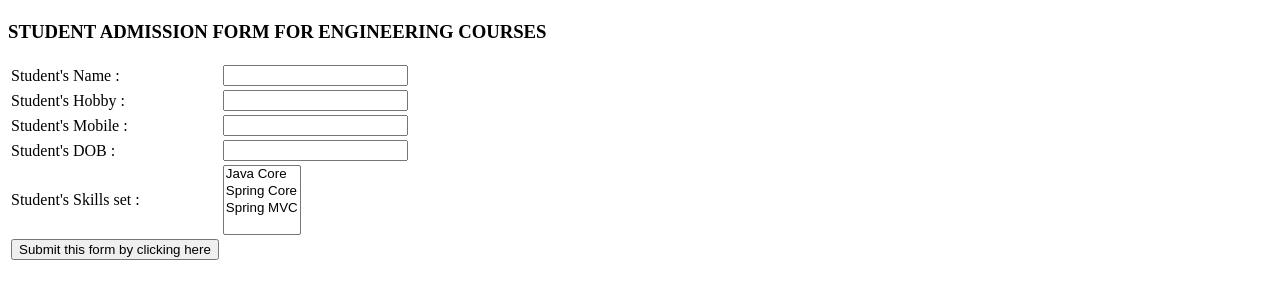
Repository: anujsachan89/Spring-MVC
Page: http://localhost/SpringMVC10/WEB-INF/jsp/AdmissionForm.jsp
The author's editor kept a copy of each file at every save. The page is drawn from the files as they stood at one save, then again after the next save.
The browser window is 1280 px wide. The pictures show the whole page.
The page is served by Tomcat 9. Nobody is signed in. The template is opened directly, without the code that normally fills it, so the values that code supplies are empty.

Above is the page before, as saved 2017-02-04 10:01:16.

After the next save:
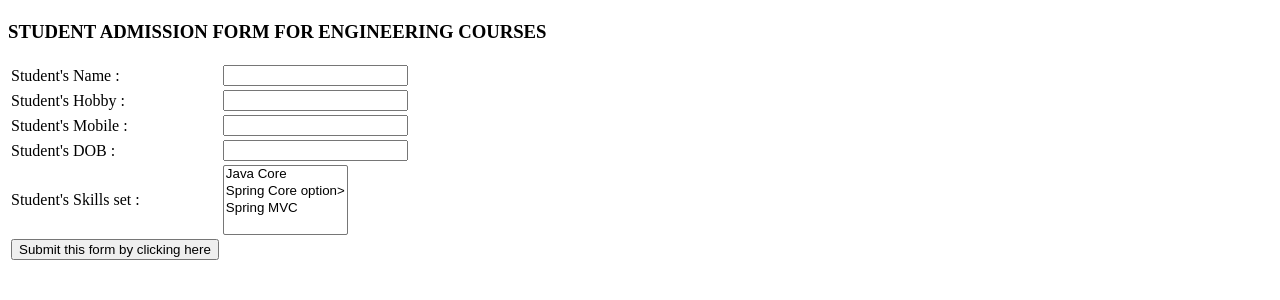
Saved 2 min 30 s later.
--- a/Spring-MVC workspace/SpringMVC10/src/main/webapp/WEB-INF/jsp/AdmissionForm.jsp
+++ b/Spring-MVC workspace/SpringMVC10/src/main/webapp/WEB-INF/jsp/AdmissionForm.jsp
@@ -30,10 +30,10 @@
 		</tr>
 		<tr>
 			<td>Student's Skills set :</td><td>    <select name="studentSkills" multiple>
-													<option value="Java Core">Java Core</option>
-													<option value="Spring Core">Spring Core</option>
-													<option value="Spring MVC">Spring MVC</option>
-													</select><td>
+			option>										<option value="Java Core">Java Core</
+				Core</option>							<option value="Spring Core">Spring Core
+					option>								<option value="Spring MVC">Spring MVC</
+														</select><td>
 		</tr>
 
 		<tr><td><input type="submit" value="Submit this form by clicking here" /></td></tr>

After the save that followed:
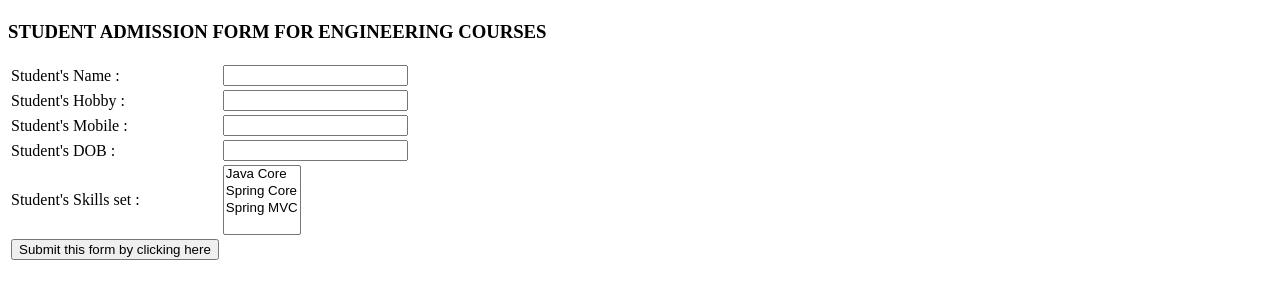
Saved 76 s later.
--- a/Spring-MVC workspace/SpringMVC10/src/main/webapp/WEB-INF/jsp/AdmissionForm.jsp
+++ b/Spring-MVC workspace/SpringMVC10/src/main/webapp/WEB-INF/jsp/AdmissionForm.jsp
@@ -30,9 +30,9 @@
 		</tr>
 		<tr>
 			<td>Student's Skills set :</td><td>    <select name="studentSkills" multiple>
-			option>										<option value="Java Core">Java Core</
-				Core</option>							<option value="Spring Core">Spring Core
-					option>								<option value="Spring MVC">Spring MVC</
+													<option value="Java Core">Java Core</option>
+													<option value="Spring Core">Spring Core</option>
+													<option value="Spring MVC">Spring MVC</option>
 														</select><td>
 		</tr>
 
